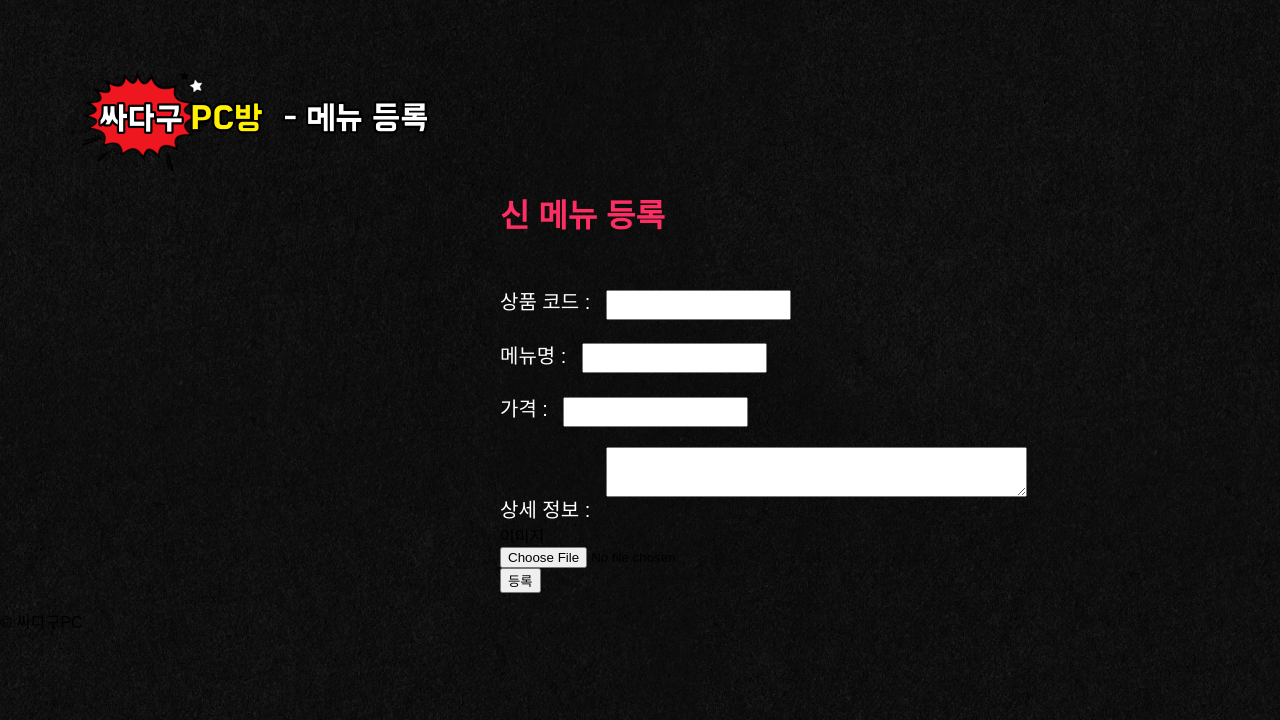
Repository: lkwoung/webProject-assignment
Page: http://localhost/CheapPC/addMenu.jsp
The author's editor kept a copy of each file at every save. The page is drawn from the files as they stood at one save, then again after the next save.
The browser window is 1280 px wide. The pictures show the whole page.
Some web fonts or font styles are not loaded; a fallback is used. The page is served by Tomcat 9. Other server files are loaded and not shown.

Above is the page before, as saved 2020-12-13 15:05:55.

### CheapPC/WebContent/addMenu.jsp
<%@ page contentType="text/html; charset=utf-8" %>
<html>

<head>
<link href="https://fonts.googleapis.com/earlyaccess/hanna.css" rel="stylesheet" type="text/css" />
<link rel="stylesheet" href="css/addMenu.css">
<title>메뉴 추가</title>
</head>
<body>
<div style="margin-top:190px; margin-left:500px;" >
<h1 style="color:#FE2E64; margin-bottom:50px;">신 메뉴 등록 </h1>
	<form name = "newProduct" action="./processAddBook.jsp" method = "post">
	<div style="color:#fff; font-size:20px;">
		<label >상품 코드  :</label>
			<input type="text" style="margin-left:10px; height:30px; margin-bottom:20px;"name="FoodId" class="form-control">
	</div>
<div style="color:#fff; font-size:20px;">
		<label >메뉴명  :</label>
			<input type="text" style="margin-left:10px; height:30px;margin-bottom:20px;"name="name" class="form-control">
	</div>

	<div style="color:#fff; font-size:20px;">
		<label >가격 : </label>

			<input type="text" style="margin-left:10px; height:30px; margin-bottom:20px;"name="price" class="form-control">

	</div>
	<div style="color:#fff; font-size:20px;" >
		<label >상세 정보 : </label>
		<textarea name = "description" style="margin-left:10px; height:50px; margin-bottom:20px;" cols="50" rows="2"></textarea>

	</div>


	<div class="form-group row">
		<label class="col-sm-2">이미지</label>
		<div class = "col-sm-5">
			<input type = "file" name = "productImage" class="form-control">
		</div>
	</div>


	<div class="form-group row">
		<div class = "col-sm-offset-2 col-sm-10">
			<input type="submit" name="btn btn-primary" value="등록">
		</div>
	</div>


	</form>
</div>



<footer class="container">
<p>&copy; 싸다구PC</p>
</footer>
</body>

</html>

### CheapPC/WebContent/css/addMenu.css
body
{
	background: url(image/menu.png) no-repeat center center fixed;
	-webkit-background-size: cover;
	-moz-background-size: cover;
	-o-background-size: cover;
	background-size: cover;
    margin: 0;
    font-size: 16px;
    font-family:'Hanna', sans-serif;
    -webkit-font-smoothing: antialiased;
}

After the next save:
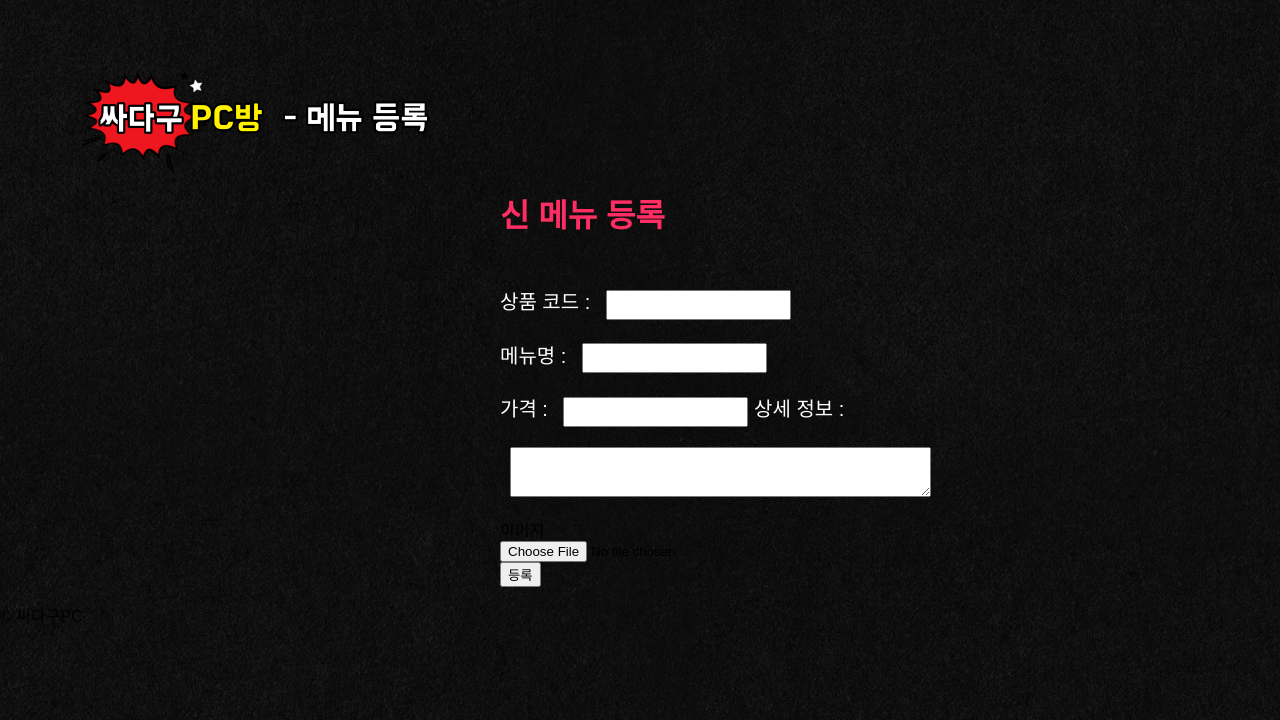
Saved 25 s later.
--- a/CheapPC/WebContent/addMenu.jsp
+++ b/CheapPC/WebContent/addMenu.jsp
@@ -23,10 +23,9 @@
 		<label >가격 : </label>
 
 			<input type="text" style="margin-left:10px; height:30px; margin-bottom:20px;"name="price" class="form-control">
-
+<label >상세 정보 : </label>
 	</div>
 	<div style="color:#fff; font-size:20px;" >
-		<label >상세 정보 : </label>
 		<textarea name = "description" style="margin-left:10px; height:50px; margin-bottom:20px;" cols="50" rows="2"></textarea>
 
 	</div>
